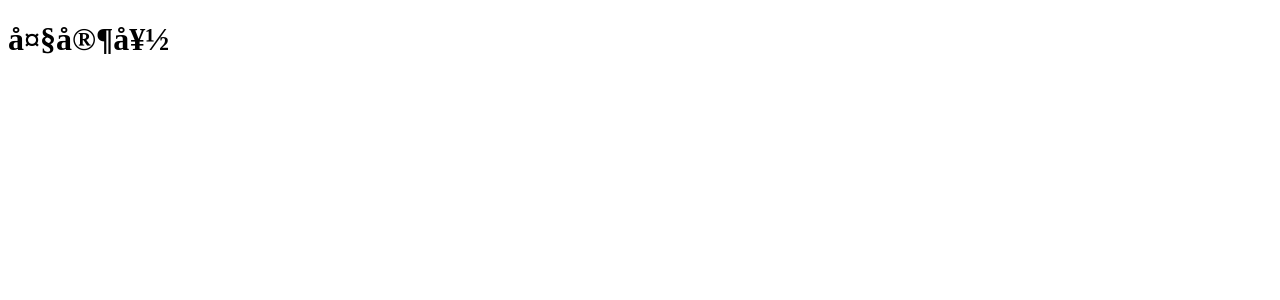
Repository: LauJoeng/JavaEE
Page: http://localhost/JspBaseElementDemo/
An editor plug-in stored every save of this project. The page is shown before and after the next save, followed by the edit.
The browser window is 1280 px wide. The pictures show the whole page.
The page is served by Tomcat 9.

Above is the page before, as saved 2017-11-19 07:44:36.

### JspBaseElementDemo/WebContent/index.jsp
<%@ page language="java" contentType="text/html; charset=ISO-8859-1"
    pageEncoding="ISO-8859-1"%>
<!DOCTYPE html PUBLIC "-//W3C//DTD HTML 4.01 Transitional//EN" "http://www.w3.org/TR/html4/loose.dtd">
<html>
<head>
<meta http-equiv="Content-Type" content="text/html; charset=ISO-8859-1">
<title>Insert title here</title>
</head>
<body>
<h1>大家好</h1>
</body>
</html>

After the next save:
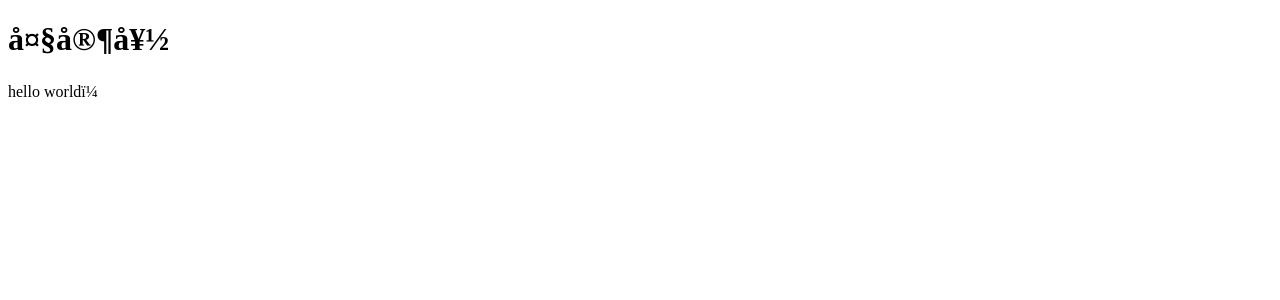
Saved 30 min 31 s later.
--- a/JspBaseElementDemo/WebContent/index.jsp
+++ b/JspBaseElementDemo/WebContent/index.jsp
@@ -8,5 +8,15 @@
 </head>
 <body>
 <h1>大家好</h1>
+
+<!--  注释-->
+
+<%-- 我是jsp注释 --%>
+
+<%
+	//单行注释
+	/*多行注释*/
+	out.println("hello world！");
+%>
 </body>
 </html>
